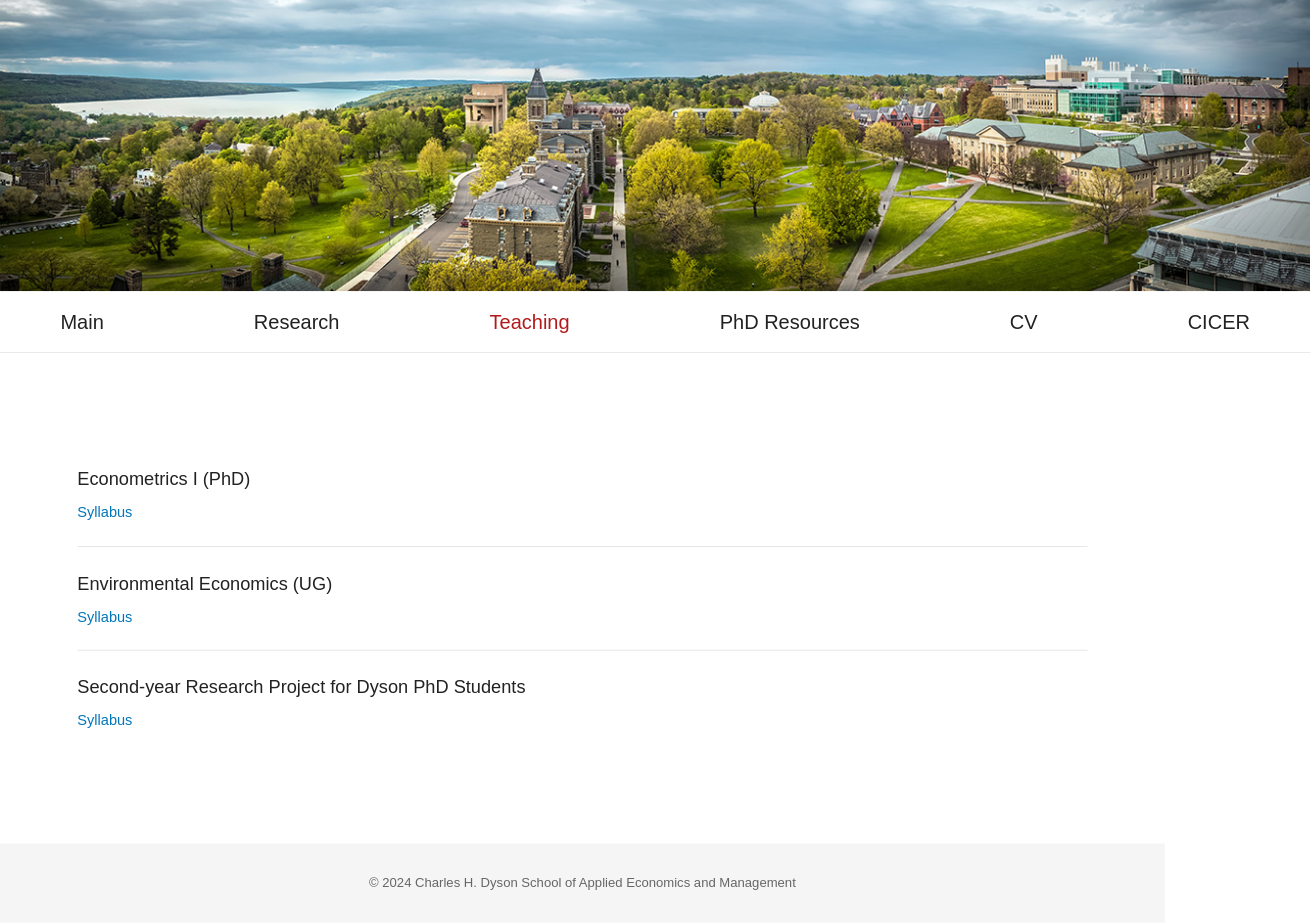
Repository: huang-heavenly-Emperor/k1_project
Page: teaching.html
These files come from the project's save history. The page is drawn as it stood at one moment and after the next save; the edit follows.
The browser window is 1280 px wide. The page is 1440 px wide, so the pictures cover 1440 px, including what lies to the right of the window. The pictures show the whole page, at 91% of full size.

Above is the page before, as saved 2024-11-17 06:15:07.

### teaching.html
<!DOCTYPE html>
<html lang="en">

<head>
    <meta charset="UTF-8">
    <meta name="viewport" content="width=device-width, initial-scale=1.0">
    <title>Teaching - Cornell University</title>
    <link rel="stylesheet" href="reset.css">
    <link rel="stylesheet" href="common.css">
    <link rel="stylesheet" href="teaching.css">
</head>

<body>
    <header class="site-header">
        <div class="banner">
            <img src="images/Cornell University Ithaca Campus.jpg" alt="Cornell University Campus Panorama"
                class="banner-img">
        </div>
        <nav class="main-nav">
            <div class="nav-container">
                <ul class="nav-list">
                    <li><a href="./index.html">Main</a></li>
                    <li><a href="./research.html">Research</a></li>
                    <li><a href="./teaching.html" class="active">Teaching</a></li>
                    <li><a href="#">PhD Resources</a></li>
                    <li><a href="#">CV</a></li>
                    <li><a href="#">CICER</a></li>
                </ul>
            </div>
        </nav>
    </header>

    <main class="main-container">
        <section class="courses">
            <div class="course-item">
                <h2>Econometrics I (PhD)</h2>
                <a href="#" class="syllabus-link">Syllabus</a>
            </div>

            <div class="course-item">
                <h2>Environmental Economics (UG)</h2>
                <a href="#" class="syllabus-link">Syllabus</a>
            </div>

            <div class="course-item">
                <h2>Second-year Research Project for Dyson PhD Students</h2>
                <a href="#" class="syllabus-link">Syllabus</a>
            </div>
        </section>
    </main>

    <footer class="footer">
        <div class="footer-container">
            <p>© 2024 Charles H. Dyson School of Applied Economics and Management</p>
        </div>
    </footer>
</body>

</html>

### reset.css
/* Reset CSS */
*, *::before, *::after {
    margin: 0;
    padding: 0;
    box-sizing: border-box;
}

html, body {
    height: 100%;
    font-size: 16px;
    line-height: 1.5;
    -webkit-font-smoothing: antialiased;
    -moz-osx-font-smoothing: grayscale;
}

body {
    font-family: Arial, sans-serif;
    color: #333;
}

ul, ol {
    list-style: none;
}

a {
    text-decoration: none;
    color: inherit;
}

img {
    max-width: 100%;
    height: auto;
    display: block;
}

button, input, select, textarea {
    font: inherit;
    color: inherit;
}

h1, h2, h3, h4, h5, h6 {
    font-size: inherit;
    font-weight: inherit;
}

### common.css
/* Header Styles */
.site-header {
  position: relative;
  width: 1440px;
  height: max-content;
  margin: 0 auto 20px;
  overflow: hidden;
}

.banner {
  height: 320px;
  overflow: hidden;
  position: relative;
}

.banner img {
  width: 100%;
  height: 100%;
  object-fit: cover;
}

/* Navigation Styles */
nav {
  background-color: var(--background-color);
  border-bottom: 1px solid var(--border-color);
}

nav ul {
  display: flex;
  justify-content: space-around;
  align-items: center;
  gap: 2rem;
  padding: 1rem 0;
  list-style: none;
}

nav a {
  text-decoration: none;
  color: var(--text-color);
  font-weight: 500;
  font-size: 22px;
  padding: 0.5rem 0;
  transition: color 0.3s;
}

nav a:hover,
nav a.active {
  color: var(--primary-color);
}

### teaching.css
/* Base Styles */
:root {
    --primary-color: #B31B1B;
    --text-color: #222;
    --link-color: #0076BB;
    --background-color: #fff;
    --border-color: #e5e5e5;
}

body {
    font-family: Arial, sans-serif;
    line-height: 1.6;
    color: var(--text-color);
    background-color: var(--background-color);
}

.main-container {
    max-width: 1150px;
    padding: 3rem 20px;
    margin: 50px auto;
}



.course-item {
    padding: 1.5rem 0;
    border-bottom: 1px solid var(--border-color);
}

.course-item:last-child {
    border-bottom: none;
}

.course-item h2 {
    font-size: 1.25rem;
    font-weight: 500;
    margin-bottom: 0.5rem;
}

.syllabus-link {
    color: var(--link-color);
    text-decoration: none;
    font-weight: 500;
    transition: color 0.3s;
}

.syllabus-link:hover {
    color: var(--primary-color);
}

/* Footer Styles */
.footer {
    background-color: #f5f5f5;
    padding: 2rem 0;
    margin-top: 3rem;
    text-align: center;
    font-size: 0.9rem;
    color: #666;
}

/* Responsive Design */
@media (max-width: 768px) {
    .banner {
        height: 300px;
    }

    .nav-list {
        flex-wrap: wrap;
        justify-content: center;
        gap: 1rem;
    }

    .course-item h2 {
        font-size: 1.1rem;
    }
}

@media (max-width: 480px) {
    .banner {
        height: 200px;
    }
}

After the next save:
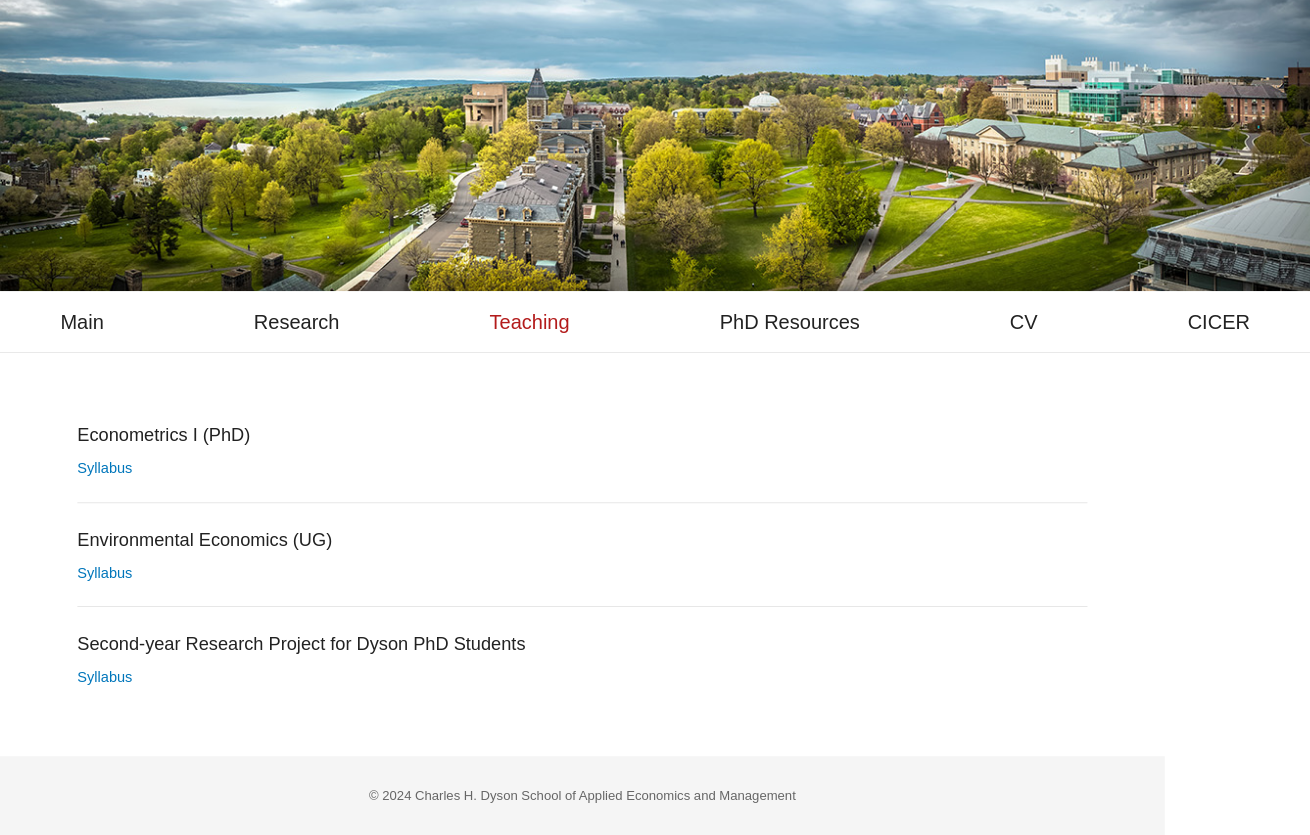
Saved 13 s later.
--- a/teaching.css
+++ b/teaching.css
@@ -16,7 +16,7 @@ body {
 
 .main-container {
     max-width: 1150px;
-    padding: 3rem 20px;
+    padding: 0 20px;
     margin: 50px auto;
 }
 
